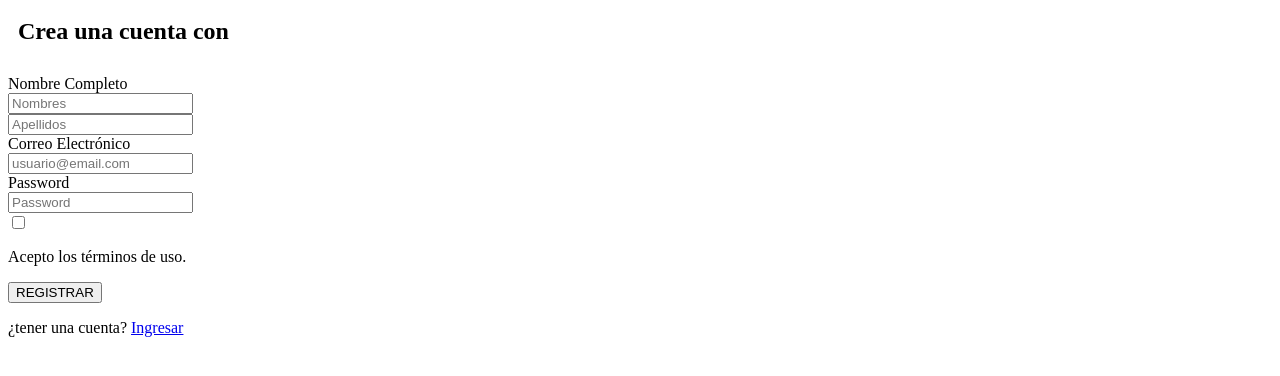
Repository: elrodriguez/trueque
Page: resources/views/livewire/auth/register.blade.php
An editor plug-in stored every save of this project. The page is shown before and after the next save, followed by the edit.
The browser window is 1280 px wide. The pictures show the whole page.
The page is served by the project's Laravel application, run on PHP 8.4 with Laravel 8. The template is opened directly, without the code that normally fills it, so the values that code supplies are empty.

Above is the page before, as saved 2021-04-11 10:54:25.

After the next save:
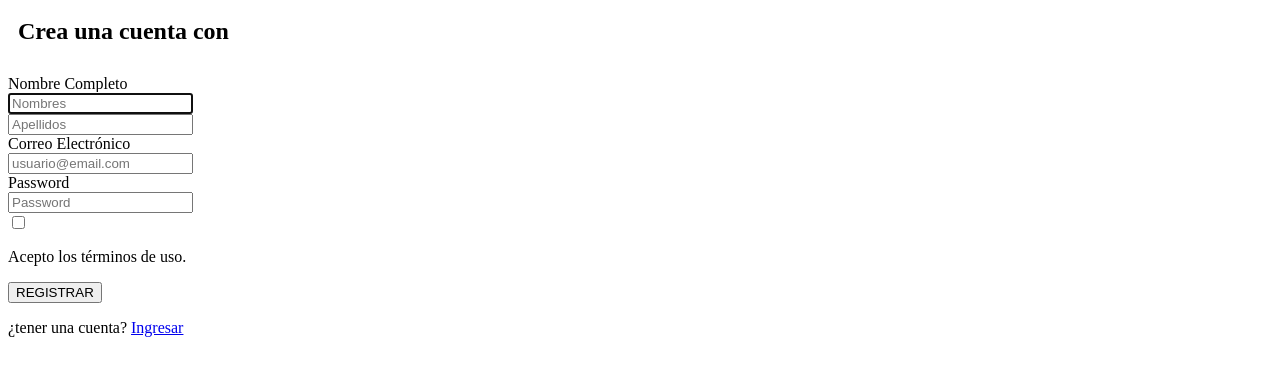
Saved 47 s later.
--- a/resources/views/livewire/auth/register.blade.php
+++ b/resources/views/livewire/auth/register.blade.php
@@ -14,7 +14,7 @@
                                     <div class="row">
                                         <div class="col-sm-6">
                                             <div class="form-input">
-                                                <input type="text" placeholder="Nombres">
+                                                <input type="text" placeholder="Nombres" id="name" name="name" :value="old('name')" required autofocus autocomplete="name">
                                                 <i class="mdi mdi-account"></i>
                                             </div>
                                         </div>
